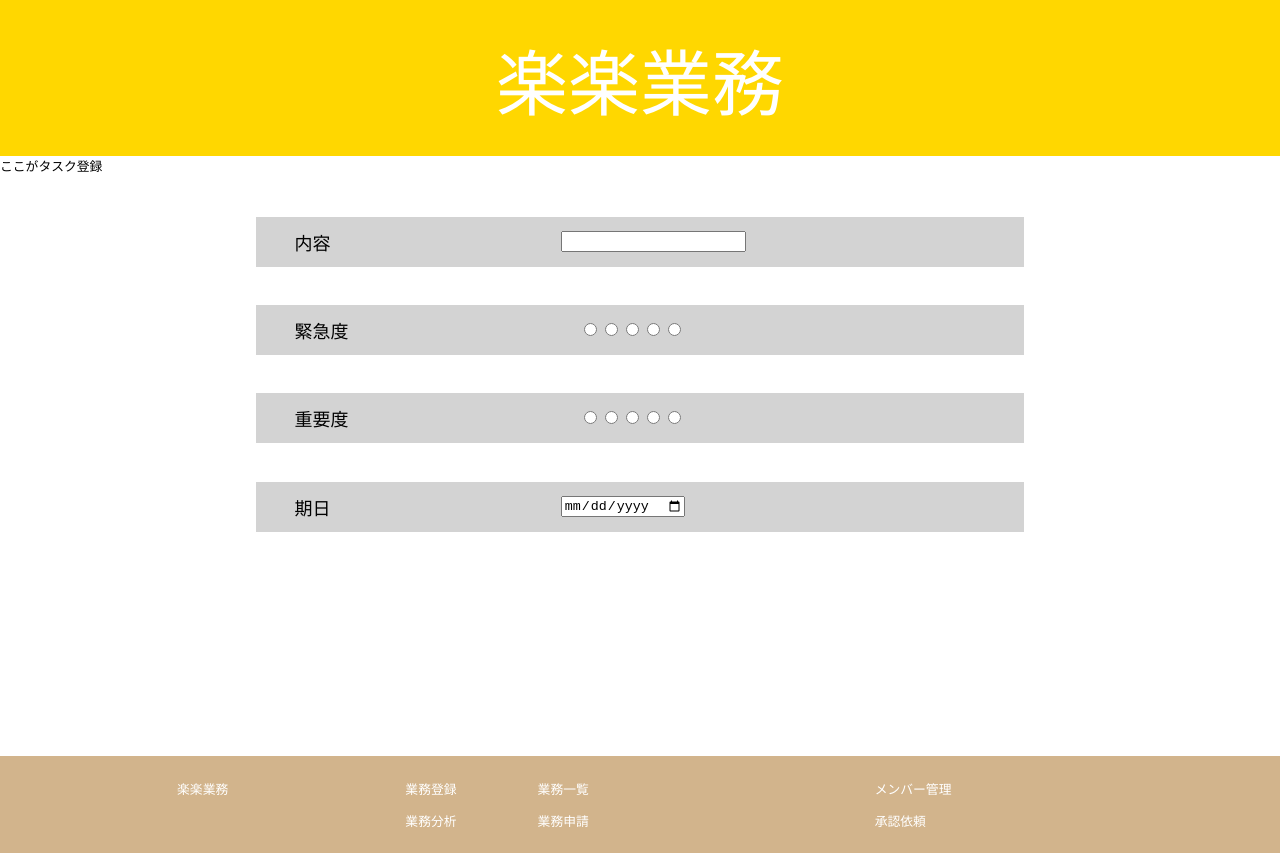
Repository: Reiya-1003/VueReplaceTask
Page: /#/register
The author's editor kept a copy of each file at every save. The page is drawn from the files as they stood at one save, then again after the next save.
The browser window is 1280 px wide. The pictures show the whole page.
The project was rebuilt for these pictures with package versions that can differ from the ones it lists, and the page was loaded fresh each time. Also part of the build but not shown: vue.config.js, src/components/pages/PageHome.vue.

Above is the page before, as saved 2022-06-16 15:42:46.

After the next save:
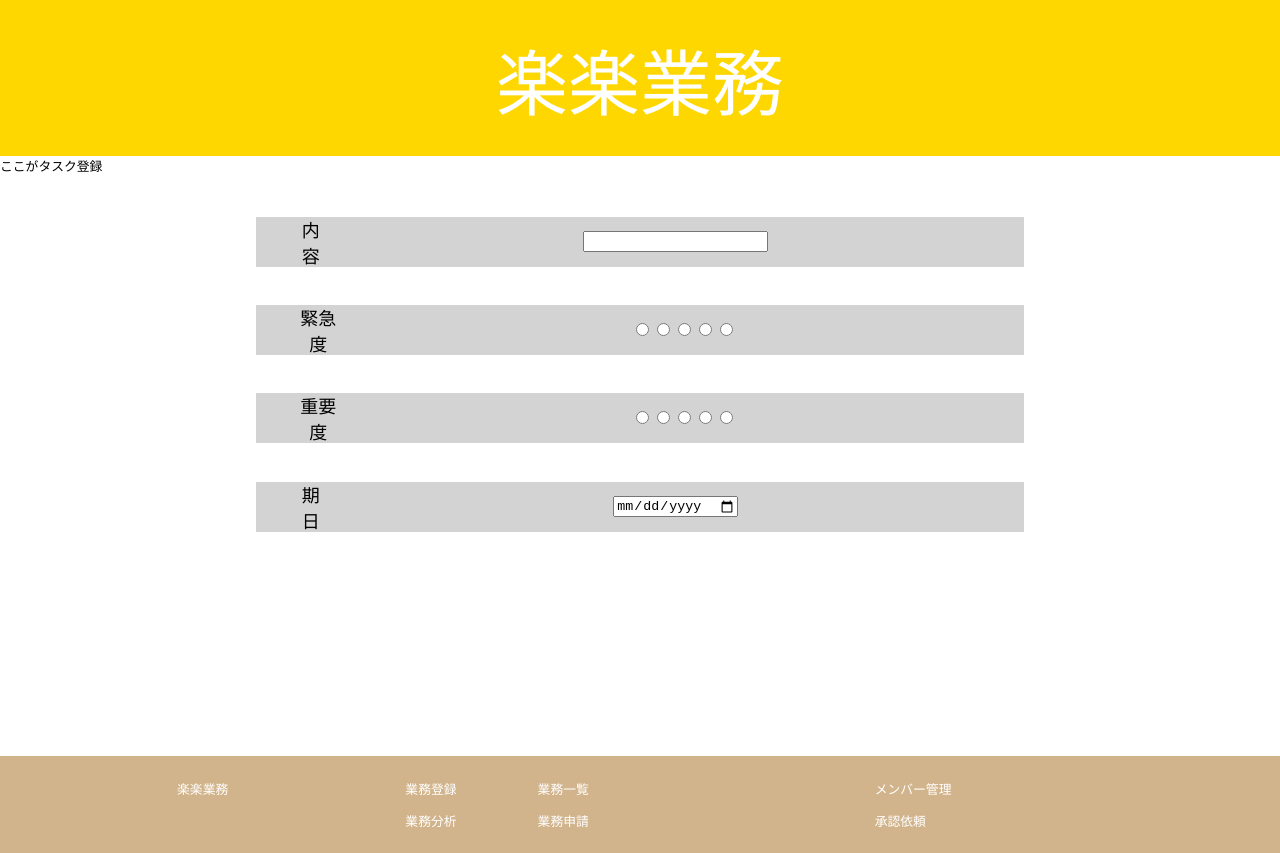
Saved 38 s later.
--- a/src/components/pages/PageRegister.vue
+++ b/src/components/pages/PageRegister.vue
@@ -38,7 +38,7 @@ export default {
      font-size: large;
    }
    .item{
-       margin-left: 30%;
+       width: 100%;
      }
   }
 
